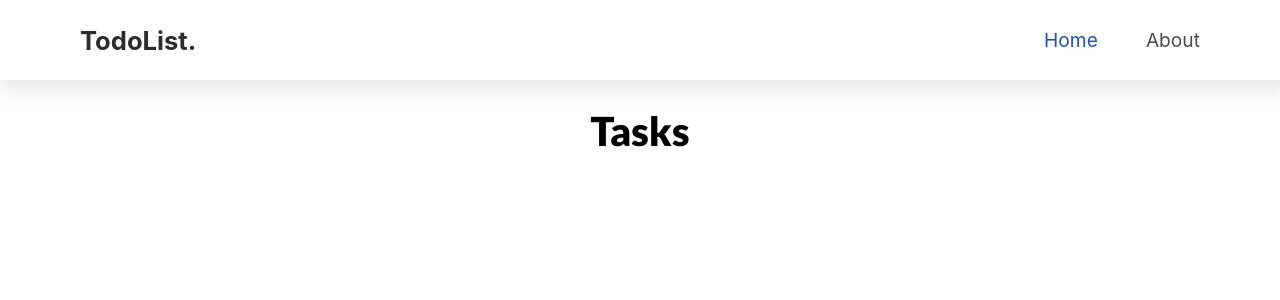
Repository: dqhuy153/react-todoList
Page: /
The author's editor kept a copy of each file at every save. The page is drawn from the files as they stood at one save, then again after the next save.
The browser window is 1280 px wide. The pictures show the whole page.
The project was rebuilt for these pictures with package versions that can differ from the ones it lists, and the page was loaded fresh each time. Also part of the build but not shown: src/components/UI/LoadingSpinner.module.scss.

Above is the page before, as saved 2021-09-16 19:32:53.

### src/App.js
import React, { Suspense } from 'react';
import { Switch, Route } from 'react-router-dom';

import './App.css';
import Layout from './components/layout/Layout';
import LoadingSpinner from './components/UI/LoadingSpinner';

const Home = React.lazy(() => import('./components/pages/Home'));
const About = React.lazy(() => import('./components/pages/About'));

function App() {
  return (
    <Layout>
      <Suspense
        fallback={
          <div className="centered">
            <LoadingSpinner />
          </div>
        }
      >
        <Switch>
          <Route path="/" exact>
            <Home />
          </Route>
          <Route path="/about">
            <About />
          </Route>
          {/* <Route path="/products" exact>
          <Products />
        </Route>
        <Route path="/products/:productId">
          <ProductDetail />
        </Route> */}
        </Switch>
      </Suspense>
    </Layout>
  );
}

export default App;

### src/App.css
@import url('https://fonts.googleapis.com/css2?family=Lato:ital,wght@0,100;0,300;0,400;0,700;0,900;1,100;1,300;1,400;1,700;1,900&display=swap');

* {
  box-sizing: border-box;
}

.centered {
  margin: 3rem auto;
  text-align: center;
  display: flex;
  justify-content: center;
  align-items: center;
}

### src/components/layout/Layout.js
import React, { Fragment } from 'react';
import AppNavigation from './AppNavigation';

import styles from './Layout.module.scss';

export default function Layout(props) {
  return (
    <Fragment>
      <AppNavigation logoTitle="TodoList." />
      <main className={styles.main}>{props.children}</main>
    </Fragment>
  );
}

### src/components/UI/LoadingSpinner.js
import styles from './LoadingSpinner.module.scss';

const LoadingSpinner = () => {
  return <div className={styles.spinner}></div>;
};

export default LoadingSpinner;

### src/components/pages/Home.js
import React from 'react';

import styles from './Home.module.scss';

export default function Home(props) {
  return (
    <div className={styles.container}>
      <h1>Tasks</h1>
    </div>
  );
}

### src/components/layout/AppNavigation.js
import React from 'react';
import { NavLink } from 'react-router-dom';

import styles from './AppNavigation.module.scss';

export default function AppNavigation({ logoTitle = 'Demo.', ...props }) {
  return (
    <header className={styles.header}>
      <div className={styles.logo}>{logoTitle}</div>
      <nav>
        <ul>
          <li>
            <NavLink to="/" exact activeClassName={styles.active}>
              Home
            </NavLink>
          </li>
          <li>
            <NavLink to="/about" activeClassName={styles.active}>
              About
            </NavLink>
          </li>
        </ul>
      </nav>
    </header>
  );
}

### src/components/pages/Home.module.scss
.container {
  h1 {
    text-align: center;
    font-family: 'Lato', sans-serif;
    font-weight: 800;
    font-size: 2.5rem;
  }
}

### src/components/layout/AppNavigation.module.scss
.header {
  width: 100%;
  height: 5rem;
  display: flex;
  align-items: center;
  justify-content: space-between;
  background-color: #ffffff;
  padding: 0 5rem;
  box-shadow: 5px 5px 20px 5px rgba(0, 0, 0, 0.1);
}

.logo {
  font-size: 1.6rem;
  color: rgb(44, 44, 44);
  font-weight: bold;
}

.header ul {
  list-style: none;
  margin: 0;
  padding: 0;
  display: flex;
  align-items: baseline;
}

.header li {
  margin-left: 3rem;
}

.header a {
  text-decoration: none;
  font-size: 1.2rem;
  color: #4b4b4b;
}

.header a:hover,
.header a:active,
.header a.active {
  color: rgb(28, 83, 184);
}

Loaded but not shown: public/index.html (common file); src/index.js (common file); src/index.css (common file); src/reportWebVitals.js (common file); src/components/layout/Layout.module.scss (no stored copy; drawn as an empty file)

After the next save:
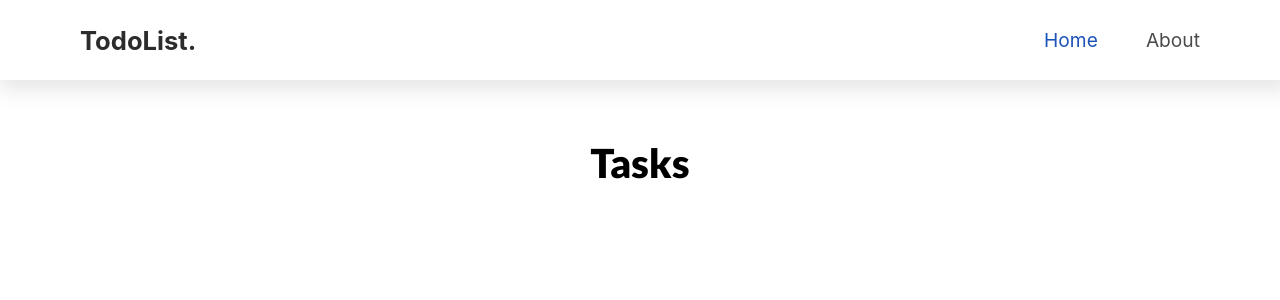
Saved 19 s later.
--- a/src/components/pages/Home.module.scss
+++ b/src/components/pages/Home.module.scss
@@ -1,4 +1,5 @@
 .container {
+  padding: 2rem 0;
   h1 {
     text-align: center;
     font-family: 'Lato', sans-serif;
